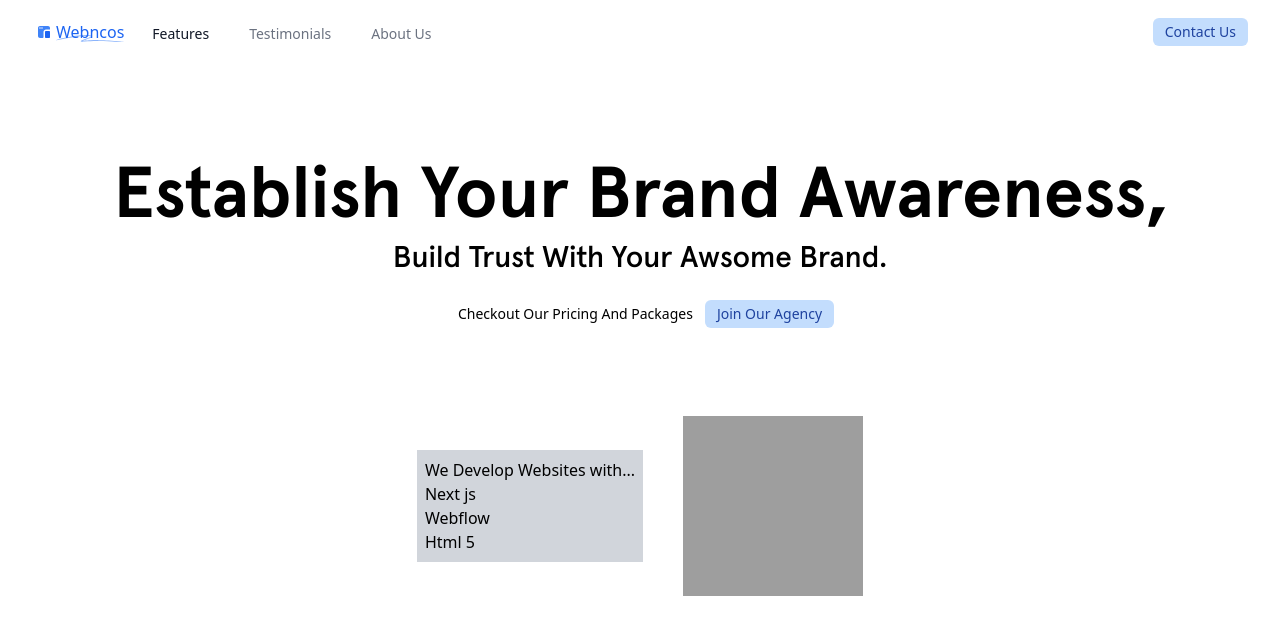
Repository: 1realjulius/webncos
Page: /
These files come from the project's save history. The page is drawn as it stood at one moment and after the next save; the edit follows.
The browser window is 1280 px wide. The pictures show the whole page.
Pictures or frames that could not be fetched are drawn as grey boxes. The project was rebuilt for these pictures with package versions that can differ from the ones it lists, and the page was loaded fresh each time. A package was used in the major version that the imports need, not the one package.json lists. The framework's server and built-in components were replaced by stand-ins that run in the browser. Also part of the build but not shown: next.config.js.

Above is the page before, as saved 2022-08-25 19:55:55.

After the next save:
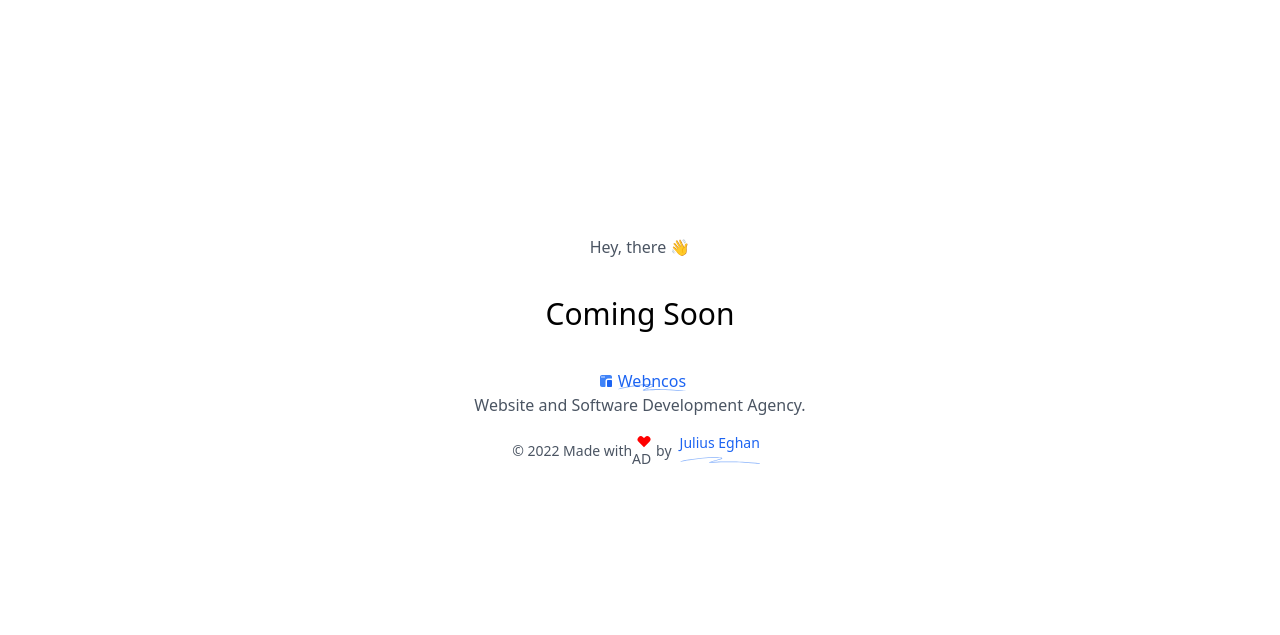
Saved 44 s later.
--- a/pages/index.tsx
+++ b/pages/index.tsx
@@ -1,5 +1,6 @@
 import type { NextPage } from 'next'
 import Head from 'next/head'
+import ComingSoon from '../components/ComingSoon'
 import MainHome from '../components/MainHome'
 import NavigationBar from '../components/NavigationBar'
 
@@ -24,9 +25,7 @@ const Home: NextPage = () => {
         <meta name="theme-color" content="#2563eb"   media="(prefers-color-scheme: light)"/>
         <meta name="theme-color" content="#2563eb"   media="(prefers-color-scheme: dark)"/>
       </Head>
-      <NavigationBar/>
-      <MainHome/>
-
+      <ComingSoon/>
     </div>
   )
 }
